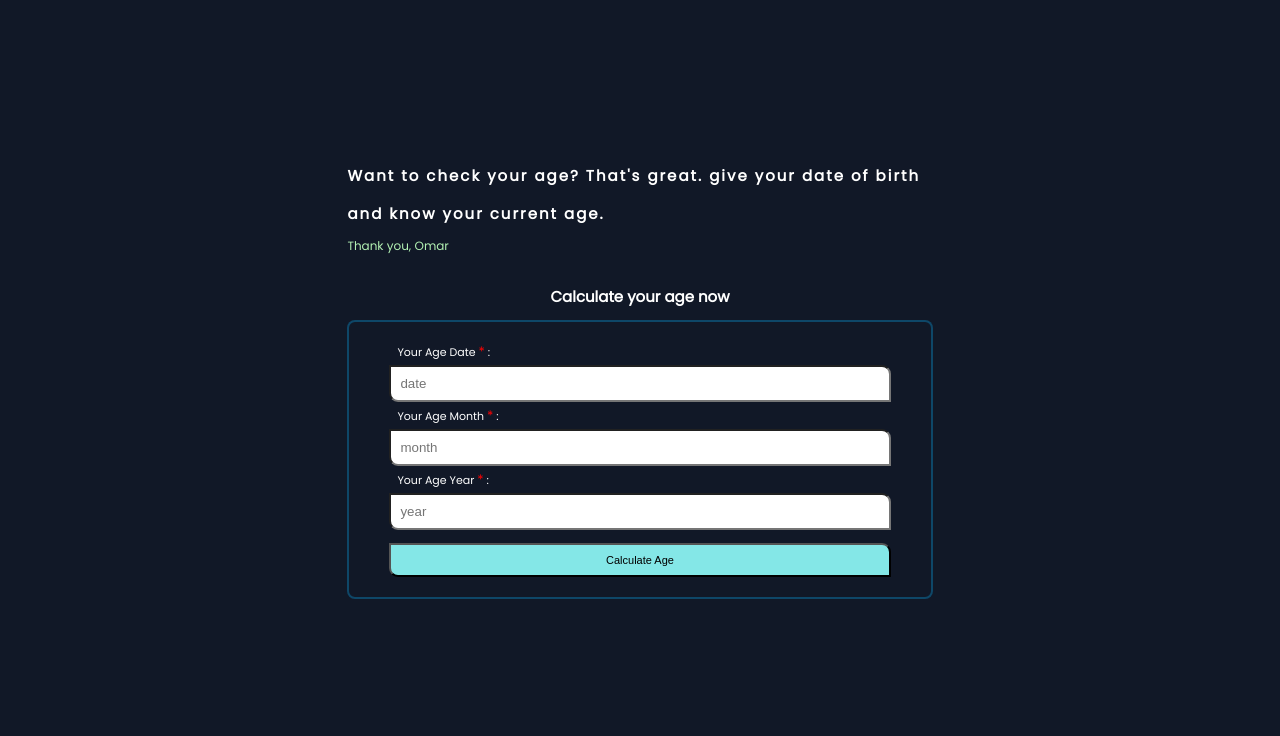
Repository: omarpervezz/age-calculator
Page: index.html
These files come from the project's save history. The page is drawn as it stood at one moment and after the next save; the edit follows.
The browser window is 1280 px wide. The pictures show the whole page.
Some web fonts or font styles are not loaded; a fallback is used.

Above is the page before, as saved 2022-08-13 01:07:07.

After the next save:
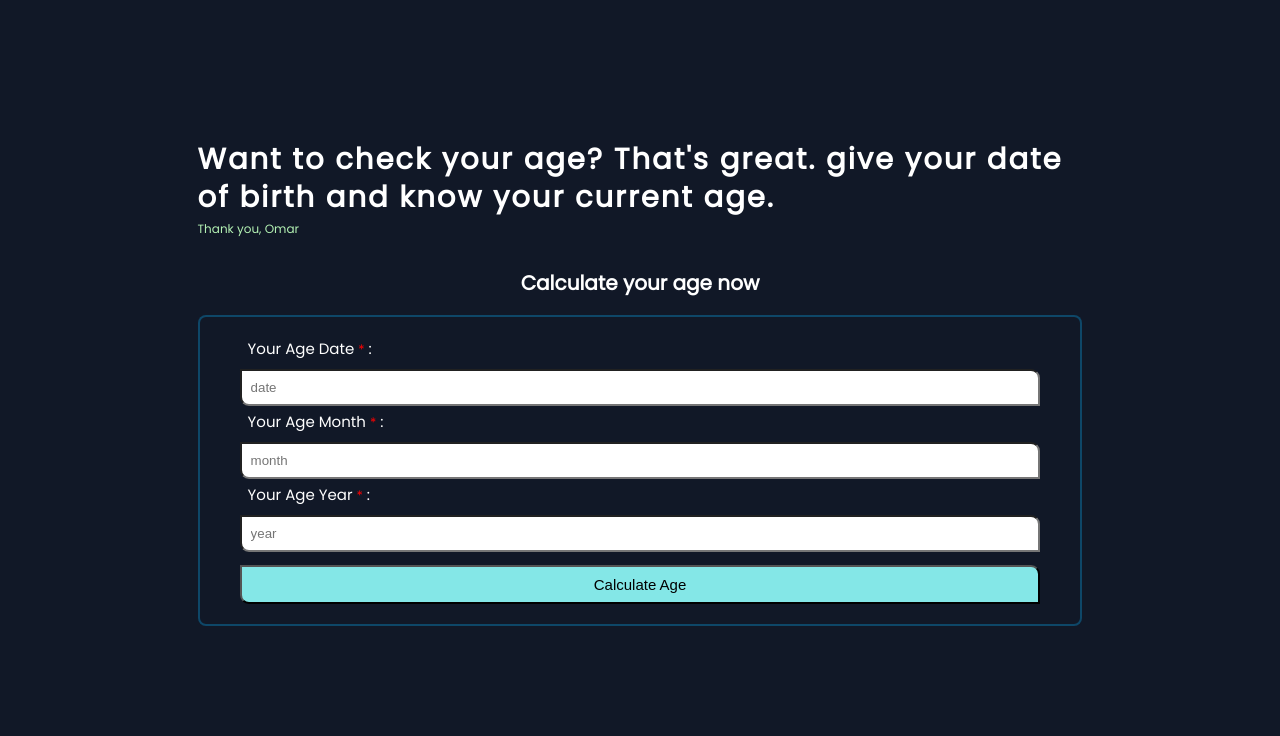
Saved 107 s later.
--- a/style.css
+++ b/style.css
@@ -17,7 +17,7 @@ html{
   font-size: 62.5%;
 }
 h1{
-  font-size: 1.5rem;
+  font-size: 2.9rem;
   margin-bottom: .4rem;
   padding-top: 1rem;
   line-height: 38px;
@@ -26,6 +26,7 @@ h1{
 h2{
   text-align: center;
   margin-top: 3rem;
+  font-size: 2rem;
 }
 .info span{
   color: #b3f1b3;
@@ -50,8 +51,8 @@ h2{
 .box label{
   width:100%;
   display: block;
-  font-size: 1.1rem;
-  margin-bottom: .3rem;
+  font-size: 1.5rem;
+  margin-bottom: .9rem;
   padding: 0 .8rem;
 }
 .box label span{
@@ -89,7 +90,7 @@ h2{
   padding: .9rem .9rem;
   border-top-right-radius: .9rem;
   border-bottom-left-radius: .9rem;
-  font-size: 1.1rem;
+  font-size: 1.5rem;
   cursor: pointer;
   background: #84e7e7;
   margin-top: .9rem;
